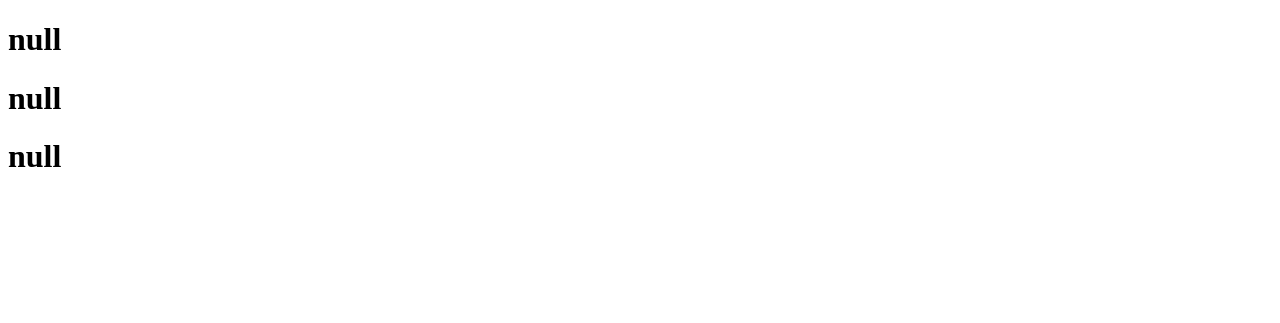
Repository: pyeonm30/PYMjspWorkspace
Page: http://localhost/basicJSP/04_sessionLogin/loginPro.jsp
An editor plug-in stored every save of this project. The page is shown before and after the next save, followed by the edit.
The browser window is 1280 px wide. The pictures show the whole page.
The page is served by Tomcat 9.

Above is the page before, as saved 2024-01-30 05:41:00.

After the next save:
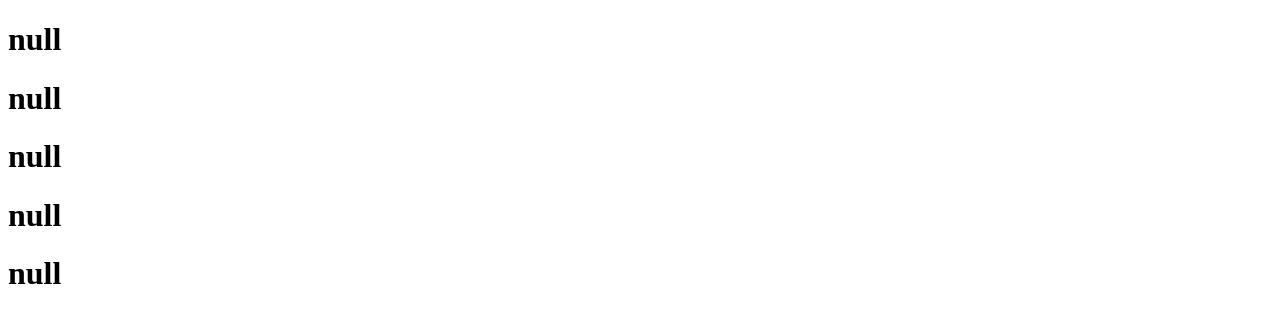
Saved 18 s later.
--- a/basicJSP/src/main/webapp/04_sessionLogin/loginPro.jsp
+++ b/basicJSP/src/main/webapp/04_sessionLogin/loginPro.jsp
@@ -18,6 +18,8 @@
 <h1> <%=name %></h1>
 <h1> <%=id %></h1>
 <h1> <%=pw %></h1>
+<h1> <%=inputId %></h1>
+<h1> <%=inputPw %></h1>
 
 
 
